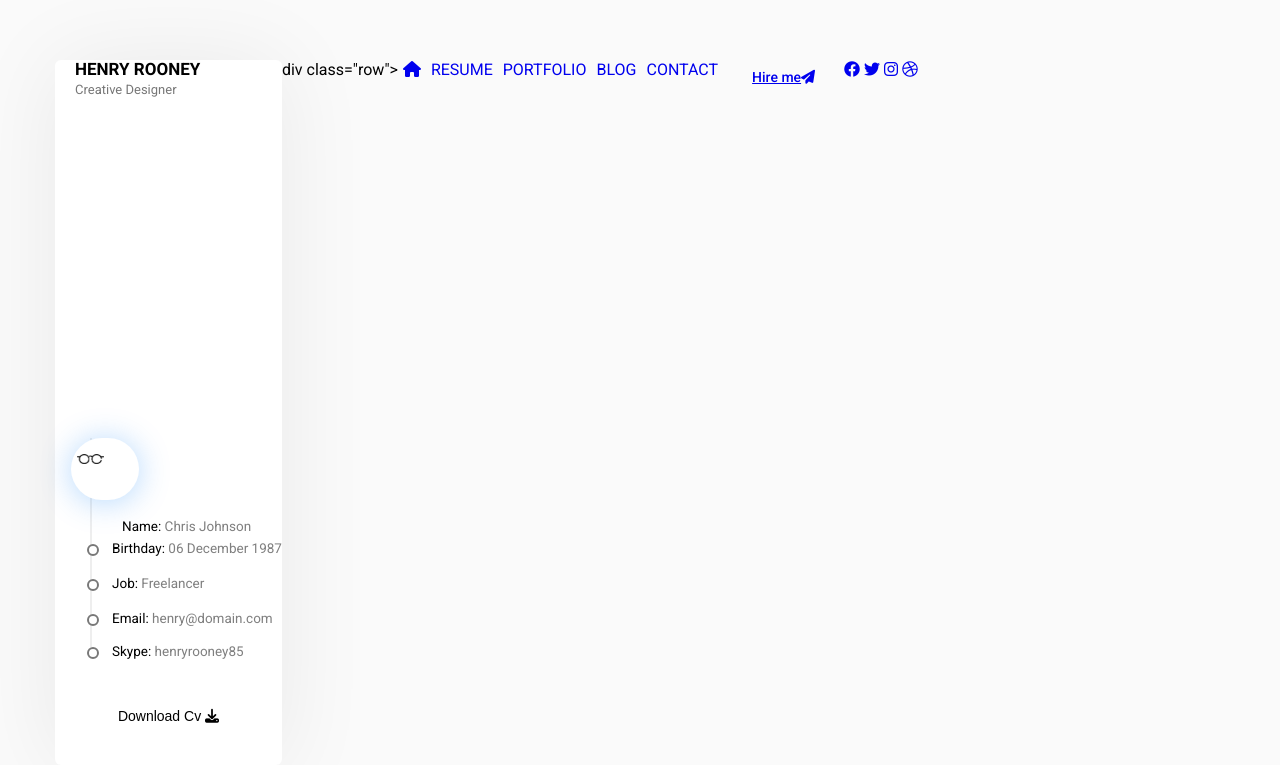
Repository: Lehuyhuynh/mat
Page: index.html
An editor plug-in stored every save of this project. The page is shown before and after the next save, followed by the edit.
The browser window is 1280 px wide. The pictures show the whole page.

Above is the page before, as saved 2023-04-12 12:25:22.

### index.html
<!DOCTYPE html>
<html lang="en">
<head>
                    <meta charset="UTF-8">
                    <meta http-equiv="X-UA-Compatible" content="IE=edge">
                    <meta name="viewport" content="width=device-width, initial-scale=1.0">
                    <title>Mat</title>
                    <link rel="stylesheet" href="style.css">
                    <link rel="preconnect" href="https://fonts.googleapis.com">
                    <link rel="preconnect" href="https://fonts.gstatic.com" crossorigin>
                     <link href="https://fonts.googleapis.com/css2?family=Roboto:wght@400;500;700;900&display=swap" rel="stylesheet">

                    <link rel="stylesheet" href="icon-fonts/font-awesome-4.7.0/css/font-awesome.min.css"/>

                    <link rel="stylesheet" href="https://cdnjs.cloudflare.com/ajax/libs/font-awesome/6.4.0/css/all.min.css" integrity="sha512-iecdLmaskl7CVkqkXNQ/ZH/XLlvWZOJyj7Yy7tcenmpD1ypASozpmT/E0iPtmFIB46ZmdtAc9eNBvH0H/ZpiBw==" crossorigin="anonymous" referrerpolicy="no-referrer" />
</head>
<body>
    <div id="preloader">

        <div class="spinner">
        </div>

    </div>

    <div class="wrapper container">

        <div class="row">

            <!-- profile section -->

            <div class="col-lg-3 col-md-4">

                <div class="profile">

                    <div class="profile-name">

                        <span class="name">Henry Rooney</span><br>

                        <span class="jod">Creative Designer</span><br>

                    </div>

                    <figure class="profile-img" src="img/profile.jpg" alt="#"> </figure>


                     <ul class="profile-information">

                        <li><p><span>Name:</span> Chris Johnson</p></li>

                        <li><p><span>Birthday:</span> 06 December 1987</p></li>

                        <li><p><span>Job:</span> Freelancer</p></li>

                        <li><p><span>Email:</span> henry@domain.com</p></li>

                        <li><p><span>Skype:</span> henryrooney85</p></li>

                    </ul>

                    <div class="col-md-12">

                         <button class="site-btn icon">Download Cv

                            <i class="fa fa-download" aria-hidden="true"></i>

                        </button>

                    </div>

                </div>

            </div>

                <!-- header -->
                div  class="row">

                <div class="col-md-8 col-sm-8-col-xs-4">

                    <ul class="tabs">
                        <li class="tab">

                          <a class="home-btn" href="#home"><i class="fa fa-home" aria-hidden="true"></i></a>

                        </li>
                        <li class="tab"><a href="#RESUME">RESUME</a></li>
                        <li class="tab"><a href="#PORTFOLIO">PORTFOLIO</a></li>
                        <li class="tab"><a href="#BLOG">BLOG</a></li>
                        <li class="tab"><a href="#CONTACT">CONTACT</a></li>

                    </ul>
                    </div>


                <div class="col-md-4 col-sm-4 col-xs-8 dynamic">

                    <a href="mailto:hi@tavonline.net" class="pull-right site-btn icon hidden-xs">Hire me<i class="fa fa-paper-plane" aria-hidden="true"></i></a>

                </div>


                <div class="hidden-md social-icons pull-right">

                    <a class="fb" href="#"><i class="fa-brands fa-facebook"></i></a>

                    <a class="tw" href="#"><i class="fa-brands fa-twitter"></i></a>

                    <a class="ins" href="#"><i class="fa-brands fa-instagram"></i></a>

                    <a class="dr" href="#"><i class="fa-brands fa-dribbble" ></i></a>

                </div>

             </div>

        </div>

    </div>
</body>
</html>

### style.css
body{
                    background-image: url(/img/bg.png) #fafafa;
                   font-family: roboto, sans-serif;
                   background:#fafafa;
                   position: relative;
                   overflow: hidden;

}

html{
                    height: 100%;
}
*{
                    margin: 0;
                    padding: 0;
                    border: 0;
                    outline: 0;
                    background: transparent;
}

.site-btn{
                    font-size: 14px;
                    font-weight: 500;
                    border-radius: 50px;
                    -webkit-border-radius:50px;
                    -moz-border-radius:50px;
                    padding: 1px 29px;
                    line-height: 35px;
}

.site-btn .icon{
                    text-align: left;
                    padding: 1px 6px 1px 19px;
}

.site-btn .icon i{
                    color: #000;
                    background: #fff;
                    margin-left: 15px;
                    border-radius: 50px;
                    font-size: 11px;
                    height: 27px;
                    width: 27px;
                    float: right;
                    text-align: center;
                    line-height: 29px;
                    margin-top: 4px;
}

p{
                    font-size: 13px;
                    color: #4c4c4c;
                    line-height: 24px;
 }

 .profile{
                    background: #fff;
                    border-radius: 6px;
                    -moz-border-radius: 6px;
                    -webkit-border-radius: 6px;
                    -o-border-radius: 6px;
                    width: 100%;
                    display: inline-block;
                    box-shadow: 0px 2px 92px 0px rgba(0, 0, 0, 0.07);
                    -webkit-box-shadow: 0px 2px 92px 0px rgba(0, 0, 0, 0.07);
                    -moz-box-shadow: 0px 2px 92px 0px rgba(0, 0, 0, 0.07);
}

.profile .name {
                    line-height: 18px;
                    padding: 20px;
                    text-transform: uppercase;
                    font-size: 17px;
                    font-weight: bold;

}
.profile .jod {
                    padding: 20px;
                    color: #777777;
                    font-size: 13px;
}

.profile-img{
                   margin-top: -18px;
                   -webkit-clip-path: polygon(0 9%, 100% 0, 100% 94%, 0% 100%);
                    clip-path: polygon(0 9%, 100% 0, 100% 94%, 0% 100%);
                    height: 380px;

}
.profile-img img{
                    width: 100%;
}

.profile-information{
                    list-style: none;
                    margin: 8px 0px 8px 35px;
}

.profile-information li{
                    border-left: 2px solid #eee;
                    padding:0 0 23px 20px;
                    font-size: 14px;
                    color: #787878;
}

ul.profile-information li p{
                    font-size: 13.5px;
                    color: #7f7f7f;
                    line-height: 12px;
}

ul.profile-information li:last-child{
                    border: 0;
                    margin-left: 2px;
                    margin-top: -2px;
}


ul.profile-information li:before{
                    content: "";
                    border: solid 2px;
                    width: 8px;
                    height: 8px;
                    border-radius: 50px;
                    -moz-border-radius: 50px;
                    -webkit-border-radius: 50px;
                    font-size: 8px;
                    margin-left: -25px;
                    margin-top: 2px;
                    font-weight: 400;
                    background: #fff;
                    display: block;
                    position: absolute;
}

ul.profile-information li span{color:#000}

ul.profile-information li:first-child{
                    padding-bottom: 10px;
                    padding-left: 30px;
                    position: relative;
}

ul.profile-information li:first-child img {
                    margin:44px -44px;
                    display: inline-block;
                    position: absolute;
                    width: 20px;
 }

 ul.profile-information li:first-child::before {

                    margin-left: -51px;
                    margin-top: -30px;
                    margin-bottom: 20px;
                    position: relative;
                    border: 0;
                    width: 40px;
                    height: 40px;
                    padding: 11px 14px;
                    box-shadow: 0px 2px 32px 0px rgba(4, 123, 248, 0.3);
}
 ul.profile-information li:first-child::after {
                    background: url(img/glasses.png) no-repeat;
                    content: '';
                    width: 30px;
                    height: 10px;
                    position: absolute;
                    top: 0;
                    left: 0;
                    margin: 16px -15px;
                    background-size: 27px 10px;
 }

.profile .site-btn{
                    margin: 18px auto 30px;
                    display: block;
}

.tabs .tab a {
                    text-decoration: none;
                    margin: 5px;
}
.col-md-4  .pull-right{
                    text-align: right;
}

.wrapper{
                    margin-top: 60px;
                    width: 1170px ;
                    background: transparent;
}
.container{
                    padding-right: 15px;
                    padding-left: 15px;
                    margin-right: auto;
                    margin-left: auto;
}
*{
                    margin: 0;
                    padding: 0;
                    border: 0;
                    outline: 0;;
                    background: transparent;
}
.row{
                    display: flex;
}



.tabs{
                    display: flex;
                    list-style-type: none;
                    text-decoration: none;

}

.tabs .tab a {
                    text-decoration: none;
                    margin: 5px;
}
.col-md-4  .pull-right{
                    text-align: right;
}

After the next save:
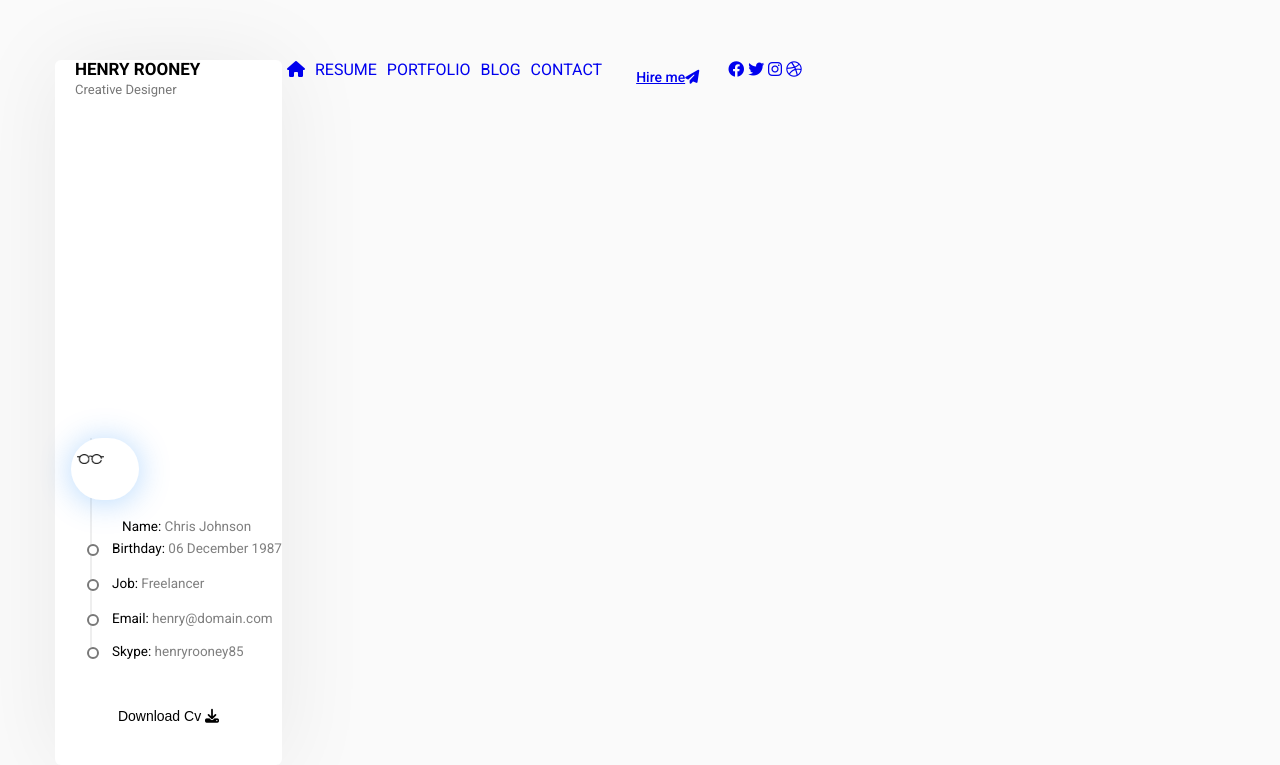
Saved 4 s later.
--- a/index.html
+++ b/index.html
@@ -72,7 +72,7 @@
             </div>
 
                 <!-- header -->
-                div  class="row">
+                <div  class="row">
 
                 <div class="col-md-8 col-sm-8-col-xs-4">
 
